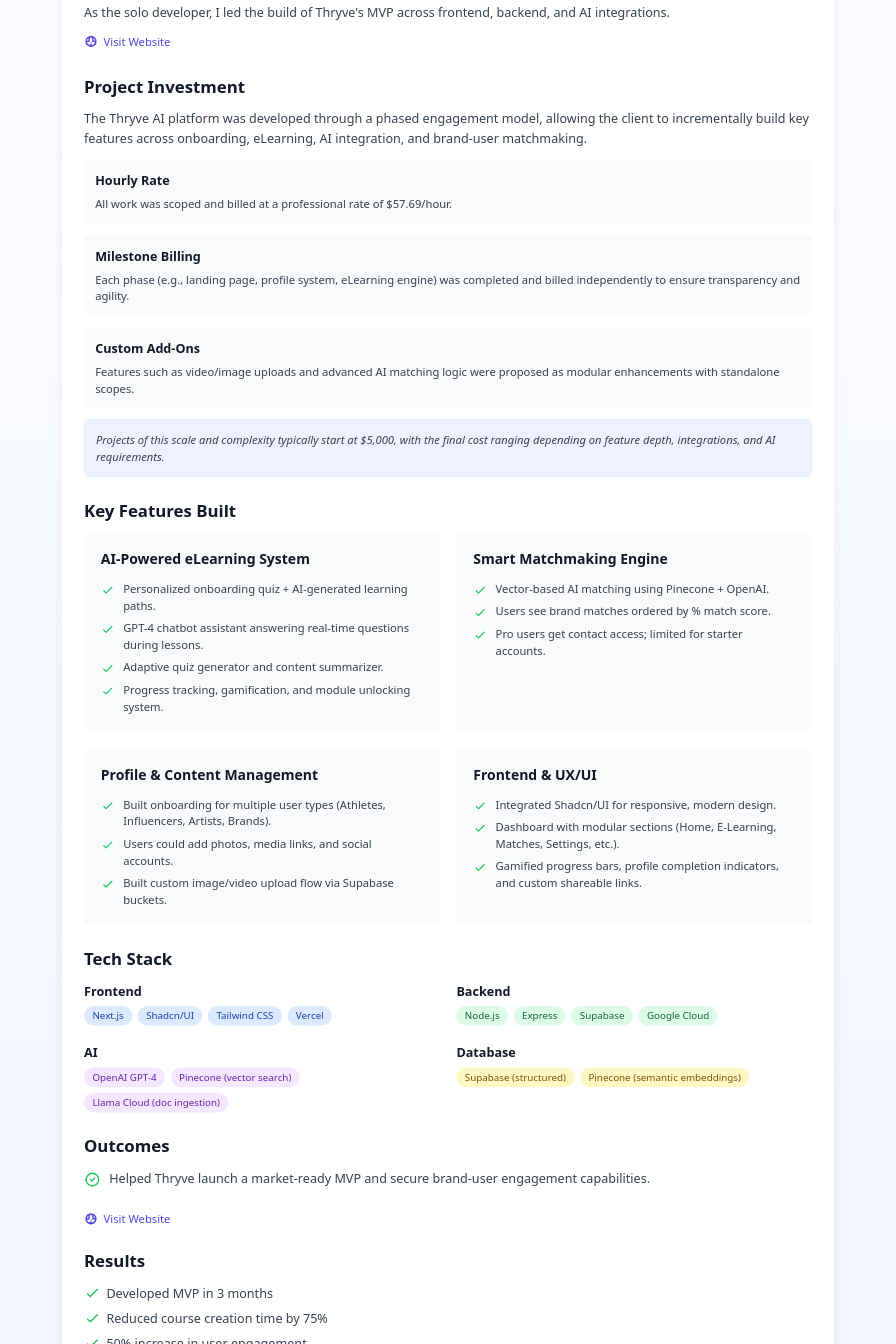
Repository: kayacancode/kayacancode-agency
Page: /case-study/thryve-ai
An editor plug-in stored every save of this project. The page is shown before and after the next save, followed by the edit.
The browser window is 1280 px wide. The pictures show the part of the page from y = 1393 to 3313 px (the page is 3438 px tall before and 3330 px after), at 70% of full size.
The project was rebuilt for these pictures with package versions that can differ from the ones it lists, and the page was loaded fresh each time. The framework's server and built-in components were replaced by stand-ins that run in the browser. Also part of the build but not shown: next.config.js.

Above is the page before, as saved 2025-04-25 22:20:30.

After the next save:
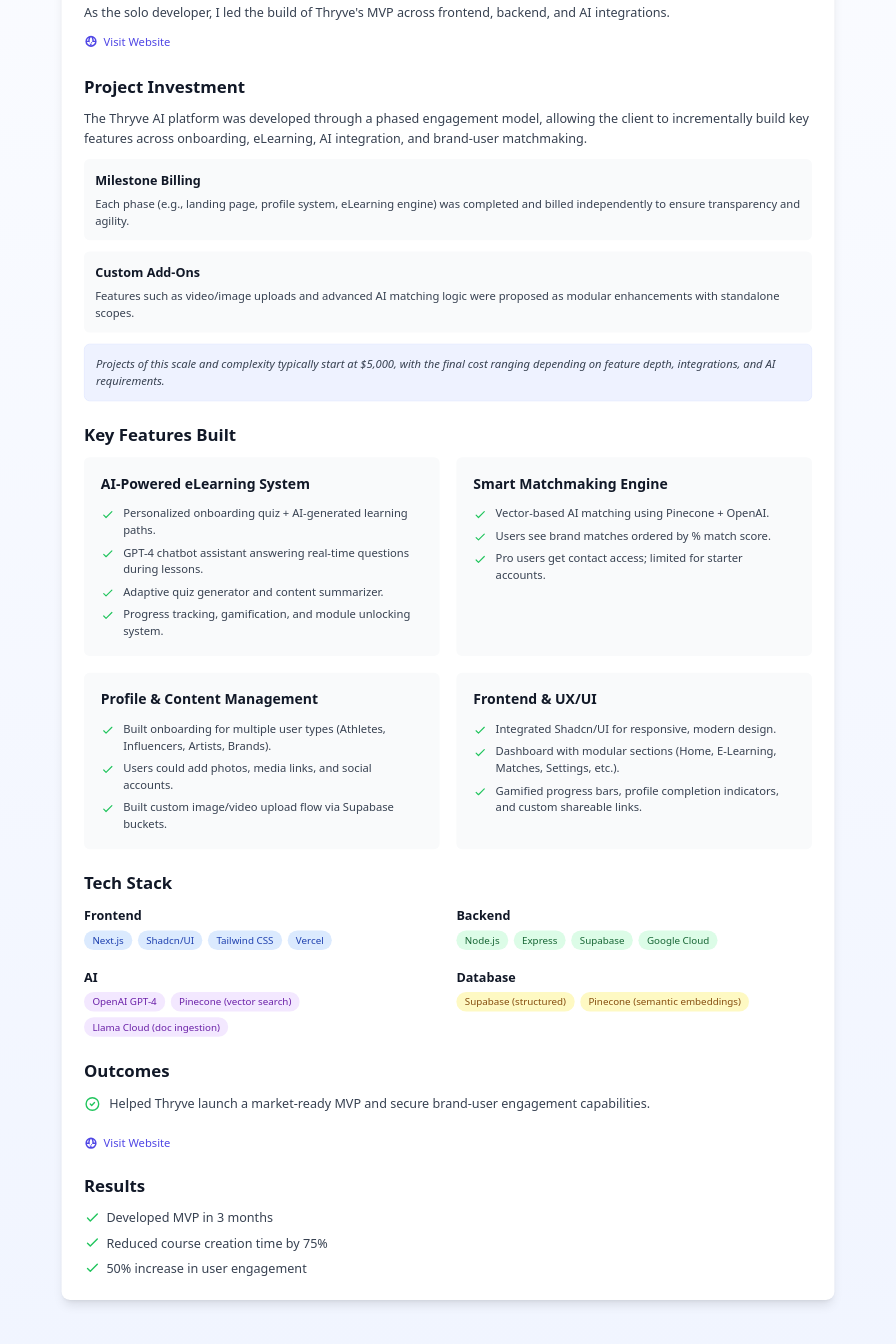
Saved 41 s later.
--- a/src/app/case-study/[id]/page.tsx
+++ b/src/app/case-study/[id]/page.tsx
@@ -52,10 +52,7 @@
       title: 'Project Investment',
       description: 'The Thryve AI platform was developed through a phased engagement model, allowing the client to incrementally build key features across onboarding, eLearning, AI integration, and brand-user matchmaking.',
       details: [
-        {
-          title: 'Hourly Rate',
-          content: 'All work was scoped and billed at a professional rate of $57.69/hour.'
-        },
+
         {
           title: 'Milestone Billing',
           content: 'Each phase (e.g., landing page, profile system, eLearning engine) was completed and billed independently to ensure transparency and agility.'
